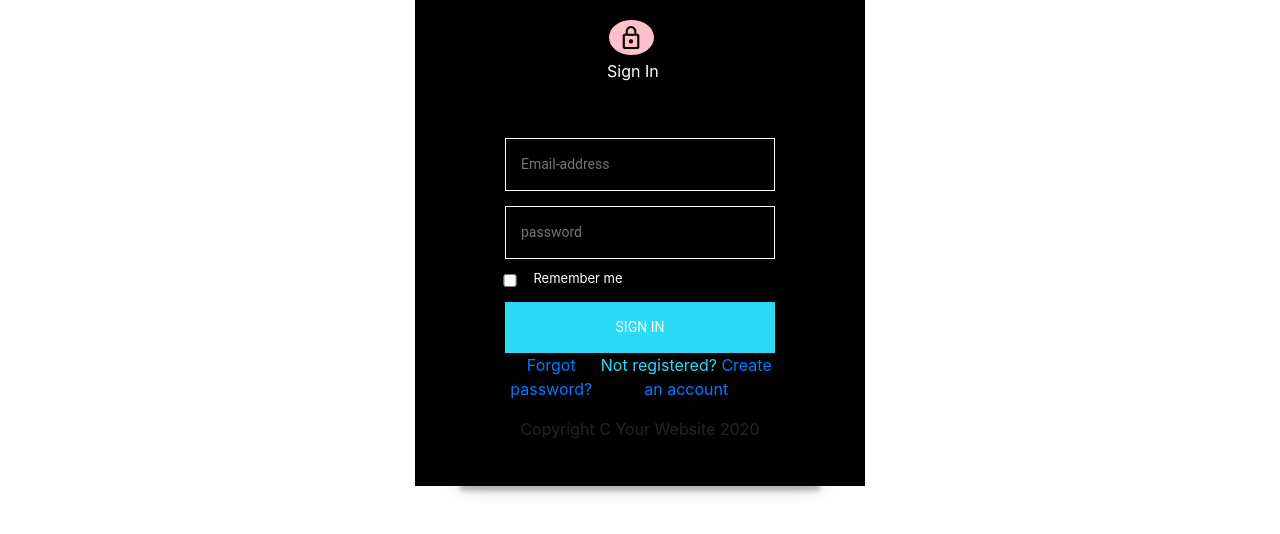
Repository: andbilous/cursor-styled-components
Page: /sign-in
These files come from the project's save history. The page is drawn as it stood at one moment and after the next save; the edit follows.
The browser window is 1280 px wide. The pictures show the whole page.
The project was rebuilt for these pictures with package versions that can differ from the ones it lists, and the page was loaded fresh each time. Also part of the build but not shown: src/App.css, src/components/SignUpForm.jsx.

Above is the page before, as saved 2020-04-19 16:23:42.

After the next save:
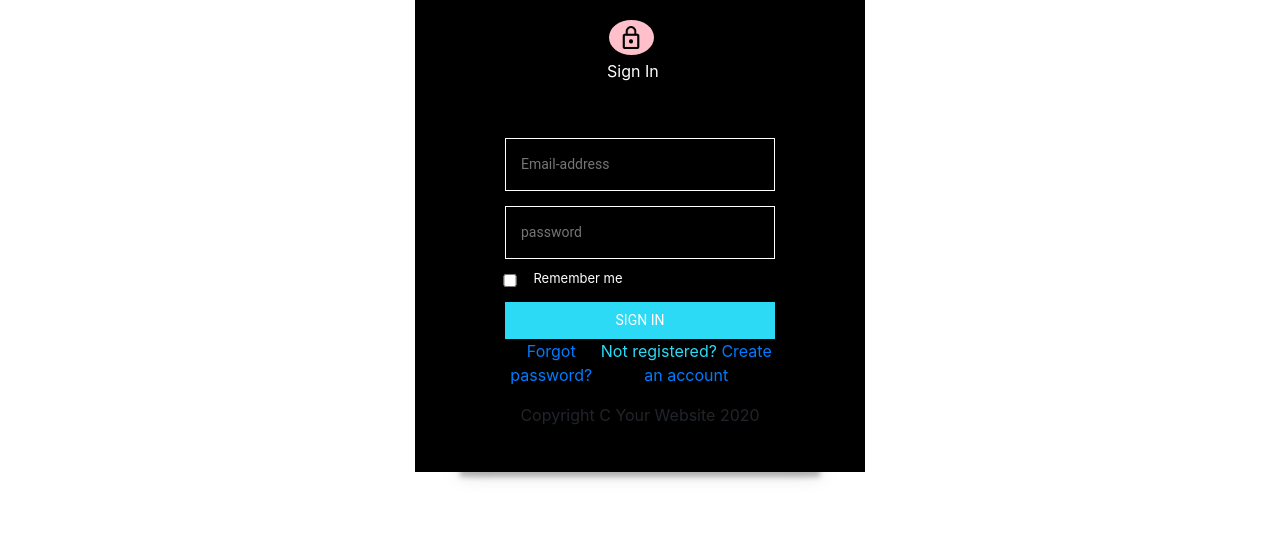
Saved 4 min 1 s later.
--- a/src/components/SignInForm.jsx
+++ b/src/components/SignInForm.jsx
@@ -40,7 +40,7 @@ const SignInFormStyles=styled.div`
   background: #2cdaf5;
   width: 100%;
   border: 0;
-  padding: 15px;
+  padding: 8px;
   color: #FFFFFF;
   font-size: 14px;
   -webkit-transition: all 0.3 ease;
